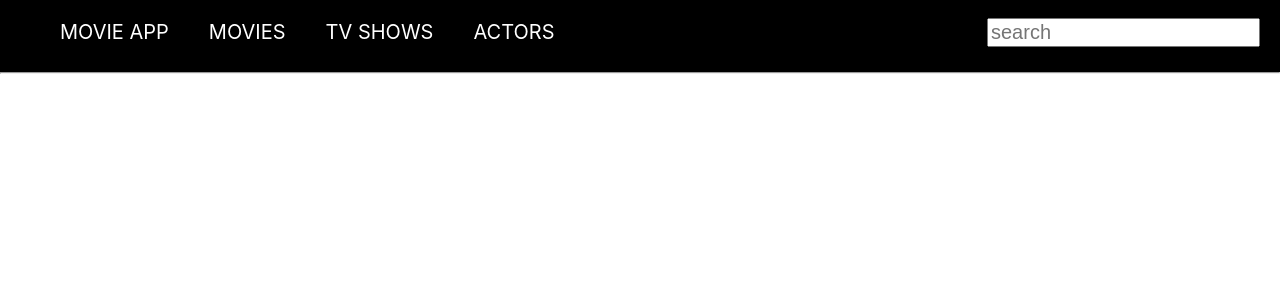
Repository: manahiang/MovieMana
Page: / (app in src/)
The author's editor kept a copy of each file at every save. The page is drawn from the files as they stood at one save, then again after the next save.
The browser window is 1280 px wide. The pictures show the whole page.
The project was rebuilt for these pictures with package versions that can differ from the ones it lists, and the page was loaded fresh each time. Also part of the build but not shown: src/src/App.css.

Above is the page before, as saved 2022-11-14 10:46:44.

### src/src/index.css
body {
  margin: 0;
  font-family: -apple-system, BlinkMacSystemFont, 'Segoe UI', 'Roboto', 'Oxygen',
    'Ubuntu', 'Cantarell', 'Fira Sans', 'Droid Sans', 'Helvetica Neue',
    sans-serif;
  -webkit-font-smoothing: antialiased;
  -moz-osx-font-smoothing: grayscale;
  color: white;
}
.header{
  width: 100%;
  height: 100%;
  background-color: black;;
}
.navbar{
  display: flex;
  justify-content: space-between;
  font-size: 20px;
  text-transform: uppercase;
}
.menu ul li{
  display: inline;
  align-items: center;
  justify-content: center;
  padding: 20px;
}
.search{
  align-items: center;
  justify-content: center;
  display: flex;
  padding-right: 20px;
}
.search input{
  font-size: 20px;
  boder
}

### src/src/App.js
//import logo from './logo.svg';
import './App.css';
import  MoiveMana from'./movieMana'

function App() {
  return (
  <MoiveMana/>
  );
}

export default App;

### src/src/movieMana.js
import'./index.css'
function MoiveMana(){
    return(
        <div className="header">
            <div className="navbar">
                <div className="menu">
                    <ul>
                        <li>Movie App</li>
                        <li><a hreft="#">Movies</a></li>
                        <li><a hreft="#">TV shows</a></li>
                        <li><a hreft="#">Actors</a></li>
                    </ul>
                </div>
                <div className="search">
                    <input type="text" placeholder="search"/>
                </div>
            </div>
            <hr/>
        </div>
    )
}
export default MoiveMana;

Loaded but not shown: src/public/index.html (common file); src/src/index.js (common file); src/src/reportWebVitals.js (common file)

After the next save:
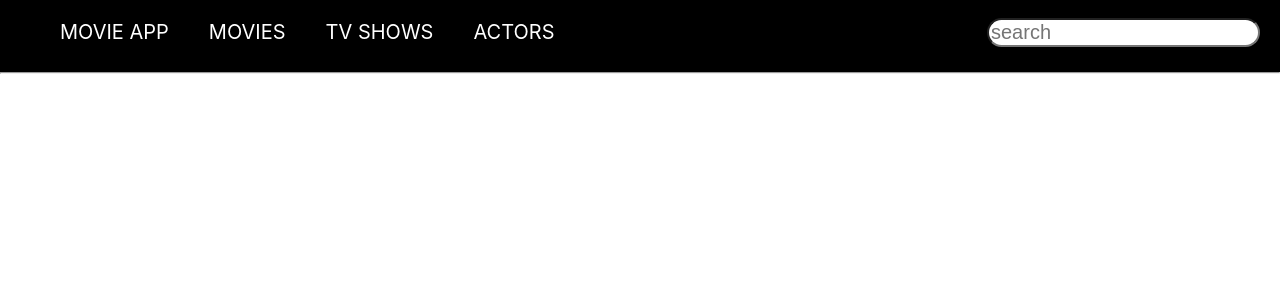
Saved 4 s later.
--- a/src/src/index.css
+++ b/src/src/index.css
@@ -32,5 +32,5 @@ body {
 }
 .search input{
   font-size: 20px;
-  boder
+  border-radius: 20px;
 }
